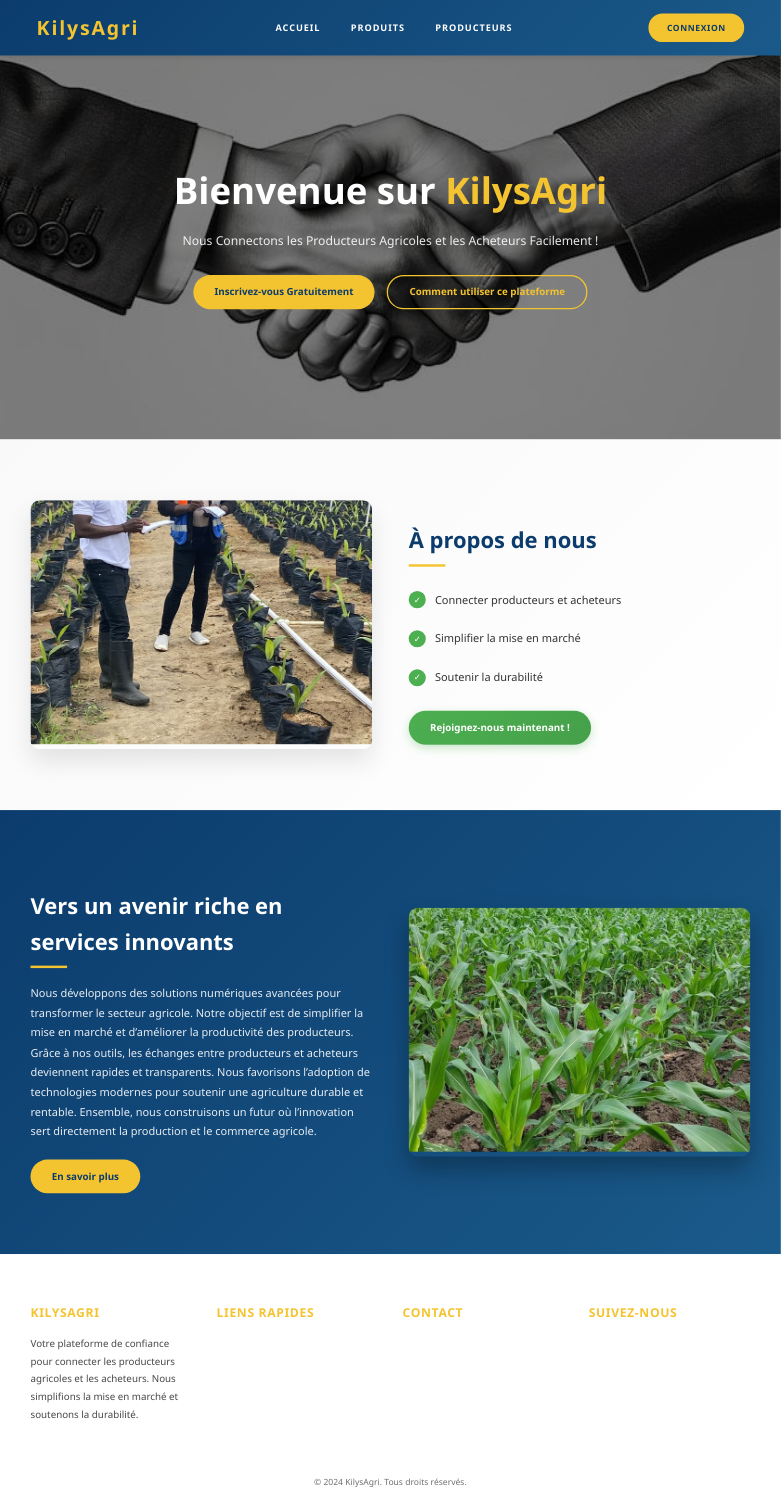
Repository: KILAYOSSI/projetdesoutenance
Page: templates/home/index.html.twig
The author's editor kept a copy of each file at every save. The page is drawn from the files as they stood at one save, then again after the next save.
The browser window is 1280 px wide. The pictures show the whole page, at 61% of full size.
The page is a Twig template of a Symfony application; nobody is signed in and links lead nowhere. The template is opened directly, without the code that normally fills it, so the values that code supplies are empty.

Above is the page before, as saved 2026-02-25 16:26:10.

### templates/home/index.html.twig
{% extends 'base.html.twig' %}

{% block title %}Accueil - KilysAgri{% endblock %}

{% block body %}

<!-- NAVBAR -->
<nav class="navbar">
    <div class="logo">KilysAgri</div>
    <ul>
        <li><a href="#">ACCUEIL</a></li>
        <li><a href="#">PRODUITS</a></li>
        <li><a href="#">PRODUCTEURS</a></li>
    </ul>
    <a href="#" class="btn-login">CONNEXION</a>
</nav>

<!-- HERO SECTION -->
<section class="hero">
    <div class="overlay">
        <h1>Bienvenue sur <span>KilysAgri</span></h1>
        <p>Nous Connectons les Producteurs Agricoles et les Acheteurs Facilement !</p>

        <div class="buttons">
            <a href="#" class="btn-primary">Inscrivez-vous Gratuitement</a>
            <a href="#" class="btn-outline">Comment utiliser ce plateforme</a>
        </div>
    </div>
</section>

<!-- A PROPOS -->
<section class="about">
    <div class="container">
        <div class="about-image">
            <img src="{{ asset('images/zooll.jpeg') }}" alt="">
        </div>
        <div class="about-text">
            <h2>À propos de nous</h2>

            <ul>
                <li>Connecter producteurs et acheteurs</li>
                <li>Simplifier la mise en marché</li>
                <li>Soutenir la durabilité</li>
            </ul>

            <a href="#" class="btn-green">Rejoignez-nous maintenant !</a>
        </div>
    </div>
</section>

<!-- SECTION FUTUR -->
<section class="future">
    <div class="container">
        <div class="future-image">
            <img src="{{ asset('images/zzis.jpeg') }}" alt="">
        </div>
        <div class="future-text">
            <h2>Vers un avenir riche en services innovants</h2>
            <p>
                Nous développons des solutions numériques avancées pour transformer le secteur agricole.
Notre objectif est de simplifier la mise en marché et d’améliorer la productivité des producteurs.
Grâce à nos outils, les échanges entre producteurs et acheteurs deviennent rapides et transparents.
Nous favorisons l’adoption de technologies modernes pour soutenir une agriculture durable et rentable.
Ensemble, nous construisons un futur où l’innovation sert directement la production et le commerce agricole.
            </p>
            <a href="#" class="btn-primary">En savoir plus</a>
        </div>
    </div>
</section>

<!-- FOOTER -->
<footer class="footer">
    <div class="footer-container">
        <div class="footer-section">
            <h3>KilysAgri</h3>
            <p>Votre plateforme de confiance pour connecter les producteurs agricoles et les acheteurs. Nous simplifions la mise en marché et soutenons la durabilité.</p>
        </div>
        <div class="footer-section">
            <h3>Liens rapides</h3>
            <ul>
                <li><a href="#">Accueil</a></li>
                <li><a href="#">Produits</a></li>
                <li><a href="#">Producteurs</a></li>
                <li><a href="#">À propos</a></li>
            </ul>
        </div>
        <div class="footer-section">
            <h3>Contact</h3>
            <ul>
                <li><a href="#">Email: contact@KilysAgri.com</a></li>
                <li><a href="#">Téléphone: +229 00 00 00 00</a></li>
                <li><a href="#">Adresse: Cotonou, Benin</a></li>
            </ul>
        </div>
        <div class="footer-section">
            <h3>Suivez-nous</h3>
            <div class="social-links">
                <a href="#">F</a>
                <a href="#">T</a>
                <a href="#">I</a>
                <a href="#">L</a>
            </div>
        </div>
    </div>
    <div class="footer-bottom">
        <p>&copy; 2024 KilysAgri. Tous droits réservés.</p>
    </div>
</footer>

{% endblock %}

### templates/base.html.twig
<!DOCTYPE html>
<html>
    <head>
        <meta charset="UTF-8">
        <title>{% block title %}Welcome!{% endblock %}</title>
        <link rel="stylesheet" href="{{ asset('css/style.css') }}">
        {% block stylesheets %}{% endblock %}
        {% block javascripts %}{% endblock %}
    </head>
    <body>
        {% block body %}{% endblock %}
    </body>
</html>

### public/css/style.css
body {
    margin: 0;
    font-family: 'Segoe UI', Arial, sans-serif;
    color: #333;
    line-height: 1.6;
}

/* NAVBAR */
.navbar {
    display: flex;
    justify-content: space-between;
    align-items: center;
    background: linear-gradient(135deg, #0b3c6d 0%, #1a5a8a 100%);
    padding: 20px 60px;
    position: fixed;
    width: 100%;
    top: 0;
    z-index: 1000;
    box-shadow: 0 2px 10px rgba(0,0,0,0.1);
    box-sizing: border-box;
}

.navbar .logo {
    color: #f4c430;
    font-size: 32px;
    font-weight: 800;
    letter-spacing: 3px;
    flex-shrink: 0;
}

.navbar ul {
    list-style: none;
    display: flex;
    gap: 50px;
    margin: 0;
    padding: 0;
    justify-content: center;
    flex-grow: 1;
}

.navbar ul li a {
    color: white;
    text-decoration: none;
    font-weight: 600;
    font-size: 15px;
    text-transform: uppercase;
    letter-spacing: 1.5px;
    transition: color 0.3s;
    padding: 10px 0;
    position: relative;
}

.navbar ul li a::after {
    content: '';
    position: absolute;
    bottom: 0;
    left: 0;
    width: 0;
    height: 2px;
    background: #f4c430;
    transition: width 0.3s;
}

.navbar ul li a:hover {
    color: #f4c430;
}

.navbar ul li a:hover::after {
    width: 100%;
}

.btn-login {
    background: #f4c430;
    color: #0b3c6d;
    padding: 12px 30px;
    text-decoration: none;
    border-radius: 30px;
    font-weight: 700;
    font-size: 14px;
    text-transform: uppercase;
    letter-spacing: 1px;
    transition: all 0.3s;
    flex-shrink: 0;
}

.btn-login:hover {
    transform: translateY(-2px);
    box-shadow: 0 5px 20px rgba(244, 196, 48, 0.5);
    background: #ffe066;
}

/* HERO */
.hero {
    height: 100vh;
    background: linear-gradient(rgba(0,0,0,0.5), rgba(0,0,0,0.5)), url('../images/ZOS.jpeg') center/cover no-repeat;
    position: relative;
    display: flex;
    align-items: center;
    justify-content: center;
}

.overlay {
    text-align: center;
    color: white;
    padding: 20px;
    max-width: 800px;
}

.overlay h1 {
    font-size: 60px;
    margin-bottom: 20px;
    font-weight: 700;
}

.overlay span {
    color: #f4c430;
}

.overlay p {
    font-size: 20px;
    margin-bottom: 40px;
    opacity: 0.9;
}

.buttons {
    display: flex;
    gap: 20px;
    justify-content: center;
    flex-wrap: wrap;
}

.btn-primary {
    background: #f4c430;
    padding: 15px 35px;
    color: #0b3c6d;
    text-decoration: none;
    border-radius: 30px;
    font-weight: bold;
    font-size: 16px;
    transition: all 0.3s;
}

.btn-primary:hover {
    background: #e5b82a;
    transform: translateY(-3px);
    box-shadow: 0 10px 25px rgba(244, 196, 48, 0.4);
}

.btn-outline {
    border: 2px solid #f4c430;
    padding: 13px 35px;
    color: #f4c430;
    text-decoration: none;
    border-radius: 30px;
    font-weight: bold;
    font-size: 16px;
    transition: all 0.3s;
}

.btn-outline:hover {
    background: #f4c430;
    color: #0b3c6d;
}

/* ABOUT SECTION */
.about {
    padding: 100px 50px;
    background: linear-gradient(135deg, #f9f9f9 0%, #ffffff 100%);
}

.about .container {
    display: flex;
    align-items: center;
    gap: 60px;
    max-width: 1200px;
    margin: 0 auto;
}

.about-image {
    flex: 1;
    border-radius: 15px;
    overflow: hidden;
    box-shadow: 0 20px 40px rgba(0,0,0,0.1);
}

.about-image img {
    width: 100%;
    height: 400px;
    object-fit: cover;
    transition: transform 0.5s;
}

.about-image:hover img {
    transform: scale(1.05);
}

.about-text {
    flex: 1;
}

.about-text h2 {
    color: #0b3c6d;
    font-size: 36px;
    margin-bottom: 25px;
    position: relative;
}

.about-text h2::after {
    content: '';
    display: block;
    width: 60px;
    height: 4px;
    background: #f4c430;
    margin-top: 10px;
}

.about-text ul {
    list-style: none;
    padding: 0;
    margin: 30px 0;
}

.about-text ul li {
    font-size: 18px;
    margin-bottom: 15px;
    padding: 10px 0;
    display: flex;
    align-items: center;
}

.about-text ul li::before {
    content: '✓';
    background: #4CAF50;
    color: white;
    width: 28px;
    height: 28px;
    border-radius: 50%;
    display: inline-flex;
    align-items: center;
    justify-content: center;
    margin-right: 15px;
    font-size: 14px;
}

.btn-green {
    display: inline-block;
    background: linear-gradient(135deg, #4CAF50 0%, #45a049 100%);
    padding: 15px 35px;
    color: white;
    text-decoration: none;
    border-radius: 30px;
    font-weight: bold;
    font-size: 16px;
    transition: all 0.3s;
    box-shadow: 0 5px 15px rgba(76, 175, 80, 0.3);
}

.btn-green:hover {
    transform: translateY(-3px);
    box-shadow: 0 10px 25px rgba(76, 175, 80, 0.4);
}

/* FUTURE SECTION */
.future {
    padding: 100px 50px;
    background: linear-gradient(135deg, #0b3c6d 0%, #1a5a8a 100%);
    color: white;
}

.future .container {
    display: flex;
    align-items: center;
    gap: 60px;
    max-width: 1200px;
    margin: 0 auto;
    flex-direction: row-reverse;
}

.future-image {
    flex: 1;
    border-radius: 15px;
    overflow: hidden;
    box-shadow: 0 20px 40px rgba(0,0,0,0.3);
}

.future-image img {
    width: 100%;
    height: 400px;
    object-fit: cover;
    transition: transform 0.5s;
}

.future-image:hover img {
    transform: scale(1.05);
}

.future-text {
    flex: 1;
}

.future-text h2 {
    font-size: 36px;
    margin-bottom: 25px;
    position: relative;
}

.future-text h2::after {
    content: '';
    display: block;
    width: 60px;
    height: 4px;
    background: #f4c430;
    margin-top: 10px;
}

.future-text p {
    font-size: 18px;
    line-height: 1.8;
    opacity: 0.9;
    margin-bottom: 30px;
}

.future .btn-primary {
    display: inline-block;
}

/* Responsive Design */
@media (max-width: 968px) {
    .about .container,
    .future .container {
        flex-direction: column;
        text-align: center;
    }

    .about-text h2::after,
    .future-text h2::after {
        margin: 10px auto;
    }

    .about-text ul li {
        justify-content: center;
    }

    .navbar {
        padding: 15px 20px;
    }

    .navbar ul {
        gap: 20px;
    }

    .overlay h1 {
        font-size: 40px;
    }
}

@media (max-width: 576px) {
    .navbar {
        flex-direction: column;
        gap: 15px;
    }

    .navbar ul {
        flex-direction: column;
        gap: 10px;
        text-align: center;
    }

    .buttons {
        flex-direction: column;
    }

    .overlay h1 {
        font-size: 32px;
    }

    .about, .future {
        padding: 60px 20px;
    }
}

/* FOOTER */
.footer {
    background: #ffffff;
    color: #333;
    padding: 60px 50px 30px;
}

.footer-container {
    display: flex;
    justify-content: space-between;
    flex-wrap: wrap;
    gap: 40px;
    max-width: 1200px;
    margin: 0 auto 40px;
}

.footer-section {
    flex: 1;
    min-width: 250px;
}

.footer-section h3 {
    color: #f4c430;
    font-size: 20px;
    margin-bottom: 20px;
    text-transform: uppercase;
    letter-spacing: 1px;
}

.footer-section p {
    line-height: 1.8;
    opacity: 0.9;
}

.footer-section ul {
    list-style: none;
    padding: 0;
    margin: 0;
}

.footer-section ul li {
    margin-bottom: 12px;
}

.footer-section ul li a {
    color: white;
    text-decoration: none;
    opacity: 0.9;
    transition: all 0.3s;
}

.footer-section ul li a:hover {
    color: #f4c430;
    padding-left: 5px;
}

.footer-bottom {
    text-align: center;
    padding-top: 30px;
    border-top: 1px solid rgba(255,255,255,0.1);
}

.footer-bottom p {
    margin: 0;
    opacity: 0.7;
    font-size: 14px;
}

.social-links {
    display: flex;
    gap: 15px;
    margin-top: 20px;
}

.social-links a {
    display: inline-flex;
    align-items: center;
    justify-content: center;
    width: 40px;
    height: 40px;
    background: rgba(255,255,255,0.1);
    border-radius: 50%;
    color: white;
    text-decoration: none;
    transition: all 0.3s;
}

.social-links a:hover {
    background: #f4c430;
    color: #0b3c6d;
    transform: translateY(-3px);
}

@media (max-width: 768px) {
    .footer {
        padding: 40px 20px 20px;
    }

    .footer-container {
        flex-direction: column;
        gap: 30px;
    }
}

After the next save:
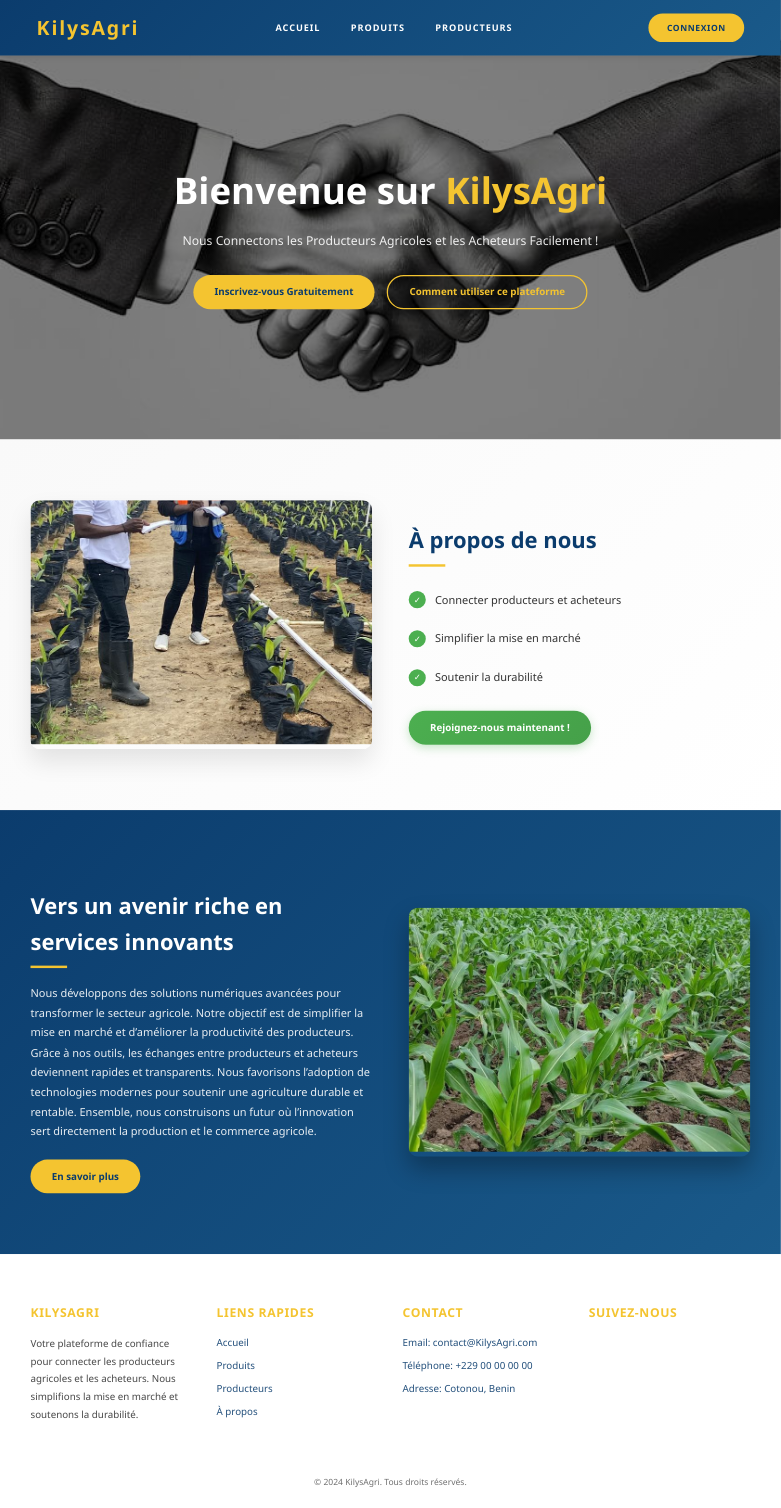
Saved 68 s later.
--- a/public/css/style.css
+++ b/public/css/style.css
@@ -424,7 +424,7 @@ body {
 }
 
 .footer-section ul li a {
-    color: white;
+    color: #0b3c6d;
     text-decoration: none;
     opacity: 0.9;
     transition: all 0.3s;
